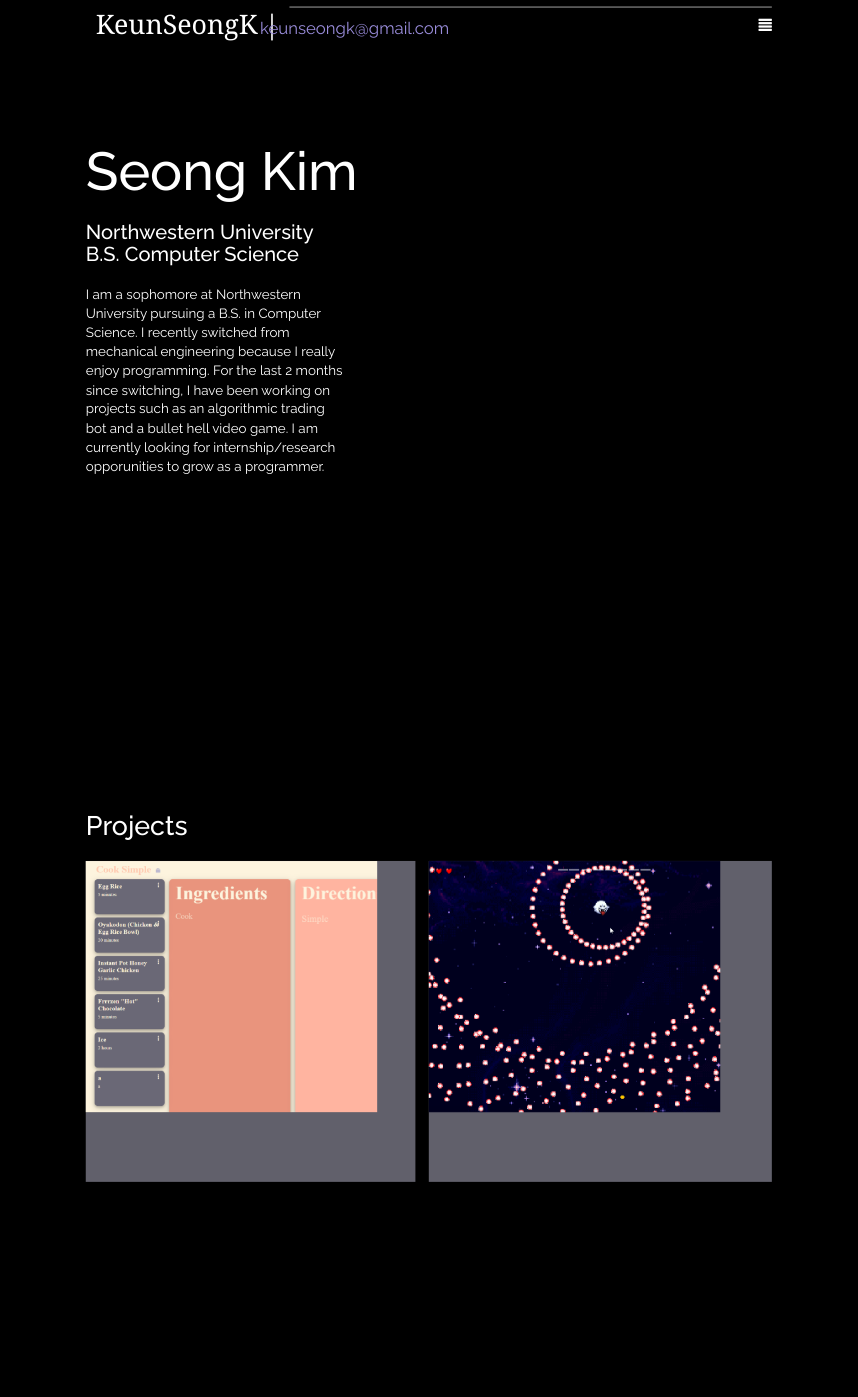
Repository: oqueuo/personal-site
Page: index.html
The author's editor kept a copy of each file at every save. The page is drawn from the files as they stood at one save, then again after the next save.
The browser window is 1280 px wide. The pictures show the whole page, at 67% of full size.

Above is the page before, as saved 2020-09-21 18:14:33.

### index.html
<!-- Accountability, Balance, Trustworthiness -->
<!DOCTYPE html>
<html lang="en">
  <head>
    <title>Seong Kim</title>
    <meta charset="UTF-8">
    <meta name="viewport" content="width=device-width, initial-scale=1.0">

    <script src="https://ajax.googleapis.com/ajax/libs/jquery/3.5.1/jquery.min.js"></script>
    <script src="https://maxcdn.bootstrapcdn.com/bootstrap/3.4.1/js/bootstrap.min.js"></script>
    <link rel="stylesheet" href="https://maxcdn.bootstrapcdn.com/bootstrap/3.4.1/css/bootstrap.min.css">
    <link rel="stylesheet" href="styles.css">
    <script src="scripts.js"></script>
  </head>

  <body>
    <main>
      <header>
        <h1 id="navbar-brand"><a href="index.html" class="navbar-brand">KeunSeongK |</a></h1>
        <a id="email" href = "mailto: abc@example.com">keunseongk@gmail.com</a>
        <ul>
          <li><span id="pulldown-btn" class="glyphicon glyphicon-align-justify"></span>
            <ul id="nav-pulldown">
              <li class="navbar-item"><a class="nav-link" href=#about></a></li>
              <li class="navbar-item" style="padding-right:100px;"><a class="nav-link" href="resume.html">Resume</a></li>
              <li class="navbar-item"><a class="nav-link" href="https://github.com/oqueuo">GitHub</a></li>
              <li class="navbar-item"><a class="nav-link" href="https://www.linkedin.com/in/seong-kim-a0a989160/">LinkedIn</a></li>
            </ul>
          </li>
        </ul>

      </header>
      <section id="horizontal-line"></section>
        <hr>
      </section>
      <!-- About me -->
      <section id="about">

        <div id="about-text">
          <h1>Seong Kim</h1>
          <h2>Northwestern University<br>B.S. Computer Science</h2>
          <p>I am a sophomore at Northwestern University pursuing
            a B.S. in Computer Science. I recently switched from mechanical engineering
            because I really enjoy programming. For the last 2 months since switching,
            I have been working on projects such as an algorithmic trading bot and a
            bullet hell video game. I am currently looking for internship/research
            opporunities to grow as a programmer.
          </p>
        </div>
      </section>

      <h1 id="projects-header">Projects</h1>

      <!-- Projects: Filled in with JS template -->
      <section id="projects">
      </section>

    </main>
  </body>
  <script>
    render_projects(projects, "#projects");
  </script>
</html>

### styles.css
@import url('https://fonts.googleapis.com/css2?family=Raleway:ital,wght@0,100;0,200;0,300;0,400;0,500;0,600;0,700;0,800;0,900;1,100;1,200;1,300;1,400;1,500;1,600;1,700;1,800;1,900&display=swap');
/* Global styles
------------------------------------*/
* {
    /* Remove Chrome default margins */
    margin: 0 !important;
    font-family: 'Raleway', sans-serif;
}
body {
    background: black;
    display: flex;
    justify-content: center;
}
main {
    position: relative;
    width: 80vw;
    display: block;
    /* background: saddlebrown; */
    margin-left: auto;
    margin-right: auto;
}


/* NAVBAR */
header {
    color: white;
    padding-top: 10px;
    position: relative;
    width: inherit;
}
header>a {
    position: absolute;
    font-size: 25px;
    left: 260px;
    top: 25px;
}
header ul {
    position: absolute;
    top: 25px;
    right: 0px;
}
#navbar-brand {

}
.navbar-brand {
    text-decoration: none;
    font-size: 40px !important;
    color: white;
    font-family: Cambria, Cochin, Georgia, Times, 'Times New Roman', serif !important;
}

.navbar-item {
    display: inline;
    font-size: 25px;
    padding-right: 15px;
}
ul a, #email, .more-info-on-github {
    text-decoration: none;
    color: rgb(153, 140, 218);
}

ul a:hover, #email:hover, .more-info-on-github:hover {
    opacity: 0.8;
}
ul a:active, #email:active, .more-info-on-github:active {
    opacity: 0.7;
}
#horizontal-line {
    width: 100vw;
    left: 0;
}


/* ABOUT */
#about {
    color: white;
    margin-top: 200px !important;
    /* background: royalblue; */
}
#about-text h1 {
    font-family: 'Raleway', sans-serif;
    font-size: 80px;
}
#about-text h2 {
    margin-top: 30px !important;
}
#about p {
    margin-top: 30px !important;
    max-width: 30vw;
    font-size: 20px;
}


/* Projects */

#projects-header {
    font-size: 40px;
    color: white;
    margin-top: 500px !important;
    margin-bottom: 30px !important;
}
#projects {
    display: flex;
    flex-wrap: wrap;
    padding: 0;
    width: 100%;
    margin-bottom: 300px !important;
}
.project-card-container {
    box-sizing: border-box;
    width: 50%;
    height: 500px;
    padding-right: 2%;
    padding-bottom: 2%;
    position: relative;
}
.project-card-container:nth-child(2n) {
    padding-right: 0;
}
.project-card-gray {
    background-color: rgb(97, 96, 107);
    height: 100%;
    width: 100%;
}
.project-card-content {
    width: 85%;
    height: 75%;
    position: absolute;
    background-size: cover;
    margin-left: auto !important;
    margin-right: auto !important;
    margin-top: auto !important;
    margin-bottom: auto !important;
    transition: .5s ease;
    backface-visibility: hidden;
}

.project-overlay {
    transition: .5s ease;
    opacity: 0;
    position: absolute;
    top: 50%;
    left: 50%;
    transform: translate(-50%, -50%);
    -ms-transform: translate(-50%, -50%);
}
.project-card-container:hover .project-card-content {
    opacity: 0.2;
}

.project-card-container:hover .project-overlay {
    opacity: 1;
}


/* Resume */
.resume {
    margin-top: 200px !important;
    background-image: url(backgrounds/resume330.png);
    height: 1000px;
    width: 63%;
}

.three-vertical-dots {
    color: white;
}

@media (max-width: 1300px) {
    /* Recipe pulldown */
    header ul {
        list-style: none;
        z-index: 5;
    }
    span.three-vertical-dots {
        /* Put the three dots on top right corner of recipe card */
        position: absolute;
        top: 10px;
        right: 10px;
    }
    .three-vertical-dots li:active {
        color: rgb(255, 239, 218);
    }
    #pulldown-btn {
        cursor: pointer;
        font-size: 20px;
    }
    ul #nav-pulldown {
        display: none;
        background-color: rgb(253, 244, 222);
        border: 1px solid #333;
        border-radius: 4px;
        width: 90px;
        padding: 5px;
        position: absolute;
        top: 30px;
        right: 10px;
        text-align: end;
    }
    ul #nav-pulldown li {
        color: #333;
        display: block;
        block-size: auto;
    }
    header>ul>li:hover #nav-pulldown {
        display: block;
    }
    ul #nav-pulldown a {
        color: rgb(76, 74, 83);
        font-size: 15px;
    }
}

### scripts.js
var projects = [
    {
        title: "Cook Simple",
        description: "A minimalist recipe storage app for computers and mobile devices.",
        cover: "backgrounds/cook-simple.png"
    },
    {
        title: "Boollet Hell",
        description: "A Bullet Hell shooter game. Inspired by popular bullet hell shooters from Japan",
        cover: "backgrounds/boollet-hell.png"
    }
]
let more_info_on_my_github = "More info on <a class='more-info-on-github' href='https://github.com/oqueuo'>GitHub</a>"


function render_projects(projects, projects_id) {
    let project_case = document.querySelector(projects_id);
    if (project_case) {
        if (projects instanceof Array) {
            for (let project of projects) {
                let template = `
                <div class="project-card-content" style="background-image: url(${project.cover});"></div>
                <div class="project-overlay">
                    <p>${project.description}<br><br></p>
                    ${more_info_on_my_github}
                </div>`;

                let project_card_container = document.createElement("div");
                project_card_container.className = "project-card-container";
                project_card_container.innerHTML = `
                <div class="project-card-gray">
                    ${template}
                </div>
                `
                project_case.append(project_card_container);
            }
        }
    }
}

const show_project_info = (el) => {

}

After the next save:
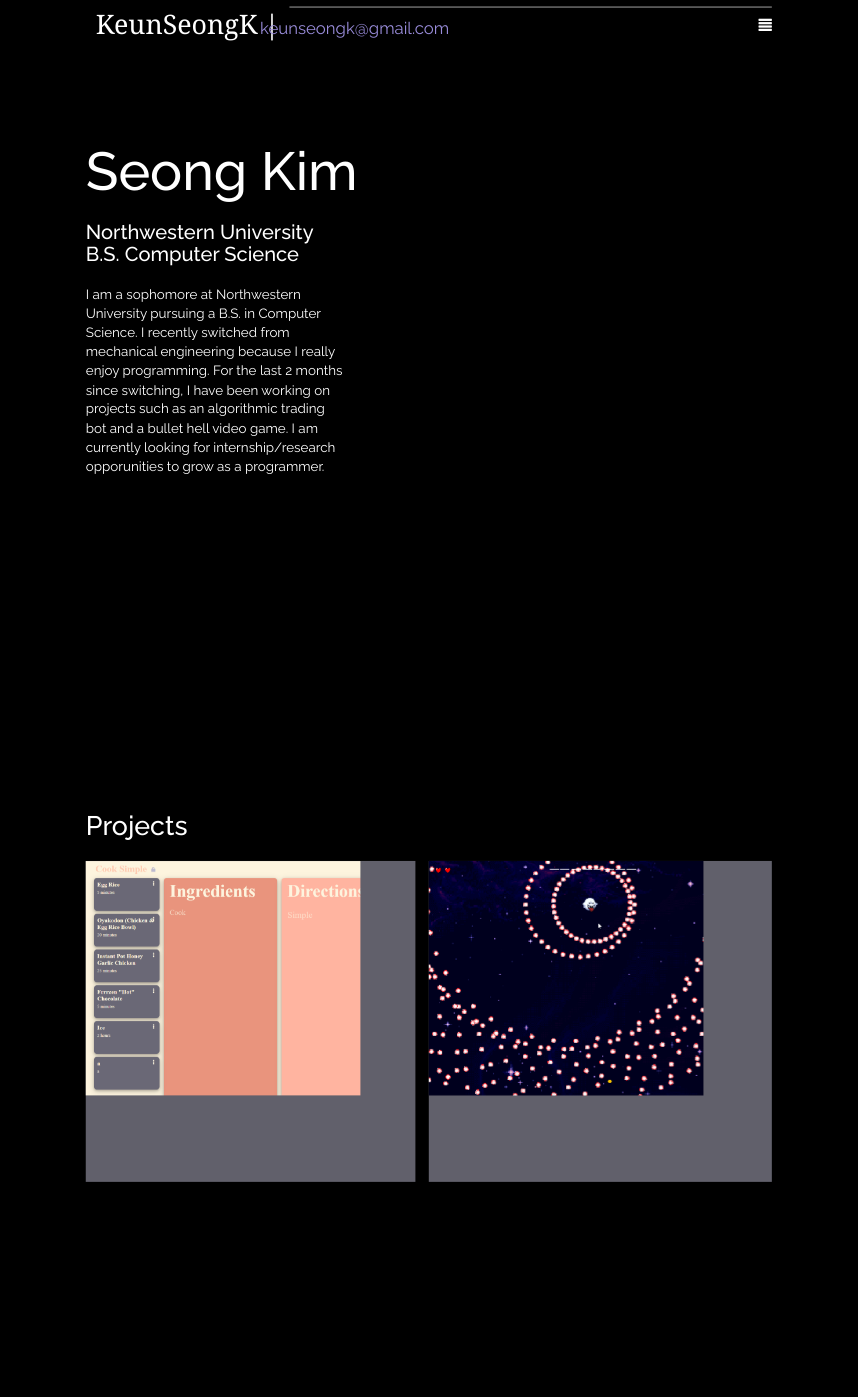
Saved 9 s later.
--- a/styles.css
+++ b/styles.css
@@ -123,8 +123,8 @@ ul a:active, #email:active, .more-info-on-github:active {
     width: 100%;
 }
 .project-card-content {
-    width: 85%;
-    height: 75%;
+    width: 80%;
+    height: 70%;
     position: absolute;
     background-size: cover;
     margin-left: auto !important;
